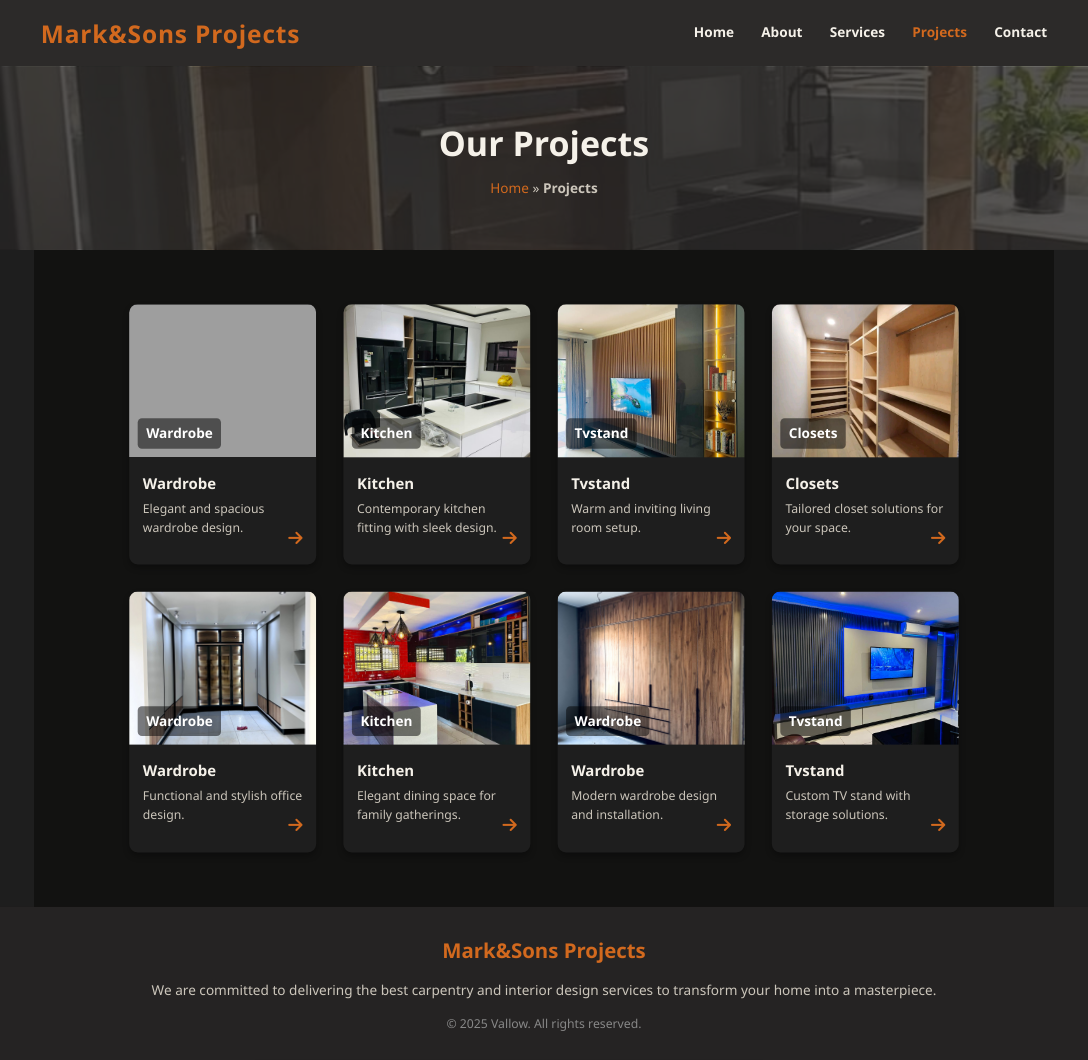
Repository: VallowEvido/Mark-SonsProjects
Page: projects.html
The author's editor kept a copy of each file at every save. The page is drawn from the files as they stood at one save, then again after a run of saves.
The browser window is 1280 px wide. The pictures show the whole page, at 85% of full size.
Pictures or frames that could not be fetched are drawn as grey boxes.

Above is the page before, as saved 2025-07-19 17:50:44.

### projects.html
<!DOCTYPE html>
<html lang="en">
<head>
  <meta charset="UTF-8" />
  <meta name="viewport" content="width=device-width, initial-scale=1" />
  <title>Our Projects - Carpentry</title>
  <link rel="stylesheet" href="styles.css" />
  <link rel="stylesheet" href="https://cdnjs.cloudflare.com/ajax/libs/font-awesome/6.4.0/css/all.min.css" />
  <style>
    /* Lightbox styles */
    #lightboxOverlay {
      position: fixed;
      top: 0;
      left: 0;
      width: 100vw;
      height: 100vh;
      background-color: rgba(0,0,0,0.8);
      display: none;
      justify-content: center;
      align-items: center;
      z-index: 10000;
    }
    #lightboxOverlay img {
      max-width: 90%;
      max-height: 90%;
      border-radius: 10px;
      box-shadow: 0 0 20px #d2691e;
    }
    #lightboxOverlay .close-btn {
      position: absolute;
      top: 20px;
      right: 30px;
      font-size: 2rem;
      color: #fff;
      cursor: pointer;
      user-select: none;
    }
  </style>
</head>
<body>
  <nav>
    <div class="logo">Mark&Sons Projects</div>
    <ul>
      <li><a href="home.html">Home</a></li>
      <li><a href="about.html">About</a></li>
      <li><a href="services.html">Services</a></li>
      <li><a href="projects.html" class="active">Projects</a></li>
      <li><a href="contact.html">Contact</a></li>
    </ul>
  </nav>

  <section class="projects-hero">
    <div class="projects-hero-content">
      <h1>Our Projects</h1>
      <p><a href="home.html">Home</a> &raquo; <strong>Projects</strong></p>
    </div>
  </section>

  <section class="projects-main">
    <div class="projects-grid">
      <div class="project-card">
        <div class="project-image-container" style="position: relative;">
          <img src="images/wardrobe/ward.jpg" alt="Wardrobe" class="lightbox-trigger" />
          <div class="project-image-text" style="position: absolute; bottom: 10px; left: 10px; color: white; background-color: rgba(0,0,0,0.5); padding: 5px 10px; border-radius: 5px; font-weight: 700;">Wardrobe</div>
        </div>
        <div class="project-info">
          <h3>Wardrobe</h3>
          <p>Elegant and spacious wardrobe design.</p>
          <a href="#" class="project-link"><i class="fas fa-arrow-right"></i></a>
        </div>
      </div>
      <div class="project-card">
        <div class="project-image-container" style="position: relative;">
          <img src="images/kitchen/IMG-20241116-WA0012.jpg" alt="Kitchen" class="lightbox-trigger" />
          <div class="project-image-text" style="position: absolute; bottom: 10px; left: 10px; color: white; background-color: rgba(0,0,0,0.5); padding: 5px 10px; border-radius: 5px; font-weight: 700;">Kitchen</div>
        </div>
        <div class="project-info">
          <h3>Kitchen</h3>
          <p>Contemporary kitchen fitting with sleek design.</p>
          <a href="#" class="project-link"><i class="fas fa-arrow-right"></i></a>
        </div>
      </div>
      <div class="project-card">
        <div class="project-image-container" style="position: relative;">
          <img src="images/tvstand/IMG-20240621-WA0041.jpg" alt="Tvstand" class="lightbox-trigger" />
          <div class="project-image-text" style="position: absolute; bottom: 10px; left: 10px; color: white; background-color: rgba(0,0,0,0.5); padding: 5px 10px; border-radius: 5px; font-weight: 700;">Tvstand</div>
        </div>
        <div class="project-info">
          <h3>Tvstand</h3>
          <p>Warm and inviting living room setup.</p>
          <a href="#" class="project-link"><i class="fas fa-arrow-right"></i></a>
        </div>
      </div>
      <div class="project-card">
        <div class="project-image-container" style="position: relative;">
          <img src="images/closets/closet.jpg" alt="Closets" class="lightbox-trigger" />
          <div class="project-image-text" style="position: absolute; bottom: 10px; left: 10px; color: white; background-color: rgba(0,0,0,0.5); padding: 5px 10px; border-radius: 5px; font-weight: 700;">Closets</div>
        </div>
        <div class="project-info">
          <h3>Closets</h3>
          <p>Tailored closet solutions for your space.</p>
          <a href="#" class="project-link"><i class="fas fa-arrow-right"></i></a>
        </div>
      </div>
      <div class="project-card">
        <div class="project-image-container" style="position: relative;">
          <img src="images/wardrobe/wed2.jpg" alt="Wardrobe" class="lightbox-trigger" />
          <div class="project-image-text" style="position: absolute; bottom: 10px; left: 10px; color: white; background-color: rgba(0,0,0,0.5); padding: 5px 10px; border-radius: 5px; font-weight: 700;">Wardrobe</div>
        </div>
        <div class="project-info">
          <h3>Wardrobe</h3>
          <p>Functional and stylish office design.</p>
          <a href="#" class="project-link"><i class="fas fa-arrow-right"></i></a>
        </div>
      </div>
      <div class="project-card">
        <div class="project-image-container" style="position: relative;">
          <img src="images/kitchen/IMG-20241116-WA0015.jpg" alt="Kitchen" class="lightbox-trigger" />
          <div class="project-image-text" style="position: absolute; bottom: 10px; left: 10px; color: white; background-color: rgba(0,0,0,0.5); padding: 5px 10px; border-radius: 5px; font-weight: 700;">Kitchen</div>
        </div>
        <div class="project-info">
          <h3>Kitchen</h3>
          <p>Elegant dining space for family gatherings.</p>
          <a href="#" class="project-link"><i class="fas fa-arrow-right"></i></a>
        </div>
      </div>
      <div class="project-card">
        <div class="project-image-container" style="position: relative;">
          <img src="images/wardrobe/IMG-20250706-WA0008.jpg" alt="Wardrobe" class="lightbox-trigger" />
          <div class="project-image-text" style="position: absolute; bottom: 10px; left: 10px; color: white; background-color: rgba(0,0,0,0.5); padding: 5px 10px; border-radius: 5px; font-weight: 700;">Wardrobe</div>
        </div>
        <div class="project-info">
          <h3>Wardrobe</h3>
          <p>Modern wardrobe design and installation.</p>
          <a href="#" class="project-link"><i class="fas fa-arrow-right"></i></a>
        </div>
      </div>
      <div class="project-card">
        <div class="project-image-container" style="position: relative;">
          <img src="images/tvstand/IMG-20250712-WA0015.jpg" alt="Tvstand" class="lightbox-trigger" />
          <div class="project-image-text" style="position: absolute; bottom: 10px; left: 10px; color: white; background-color: rgba(0,0,0,0.5); padding: 5px 10px; border-radius: 5px; font-weight: 700;">Tvstand</div>
        </div>
        <div class="project-info">
          <h3>Tvstand</h3>
          <p>Custom TV stand with storage solutions.</p>
          <a href="#" class="project-link"><i class="fas fa-arrow-right"></i></a>
        </div>
      </div>
    </div>
  </section>

  <footer class="site-footer">
    <div id="lightboxOverlay">
      <span class="close-btn" id="lightboxClose">&times;</span>
      <img id="lightboxImage" src="" alt="Expanded project image" />
    </div>
    <div class="footer-container">
      <div class="footer-left">
        <h3>Mark&Sons Projects</h3>
        <p>We are committed to delivering the best carpentry and interior design services to transform your home into a masterpiece.</p>
        <p class="rights">© 2025 Vallow. All rights reserved.</p>
      </div>

Loaded but not shown: styles.css (1719 lines, source omitted)

After the next 4 saves:
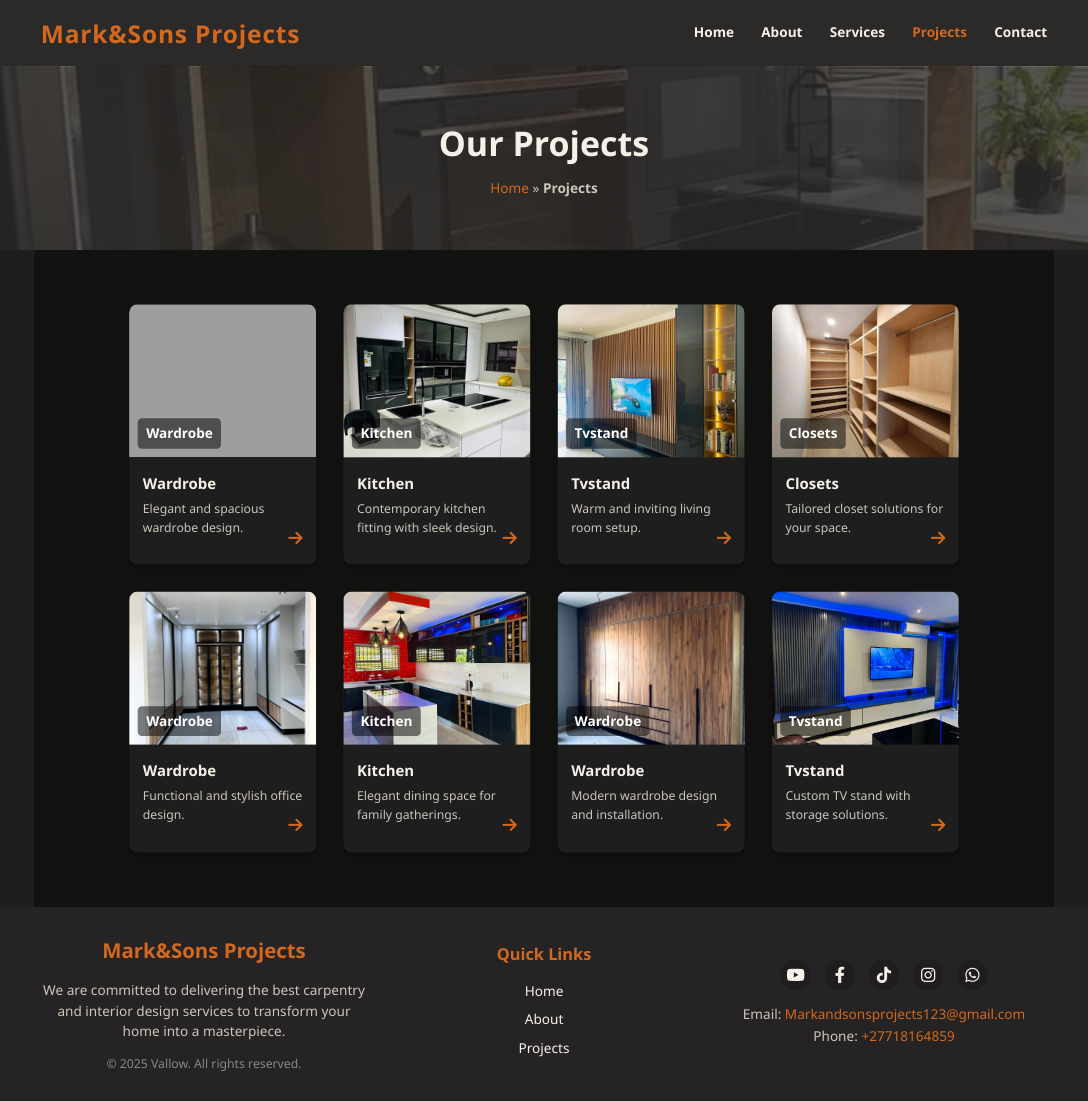
The 4 saves are shown as one change because they came seconds apart.
The last was saved 10 s later.
--- a/projects.html
+++ b/projects.html
@@ -160,3 +160,56 @@
         <p>We are committed to delivering the best carpentry and interior design services to transform your home into a masterpiece.</p>
         <p class="rights">© 2025 Vallow. All rights reserved.</p>
       </div>
+      <div class="footer-center">
+        <h4>Quick Links</h4>
+        <ul class="footer-links">
+          <li><a href="home.html">Home</a></li>
+          <li><a href="about.html">About</a></li>
+          <li><a href="projects.html">Projects</a></li>
+        </ul>
+      </div>
+      <div class="footer-right">
+        <div class="social-icons">
+          <a href="https://www.youtube.com/channel/UC0Jy5UPg4950wgbBKARIvhw" aria-label="YouTube" class="youtube"><i class="fab fa-youtube"></i></a>
+          <a href="#" aria-label="Facebook" class="facebook"><i class="fab fa-facebook-f"></i></a>
+          <a href="#" aria-label="TikTok" class="tiktok"><i class="fab fa-tiktok"></i></a>
+          <a href="#" aria-label="Instagram" class="instagram"><i class="fab fa-instagram"></i></a>
+          <a href="https://wa.me/27718164859" aria-label="WhatsApp" class="whatsapp"><i class="fab fa-whatsapp"></i></a>
+        </div>
+        <div class="contact-details">
+          <p>Email: <a href="mailto:Markandsonsprojects123@gmail.com">Markandsonsprojects123@gmail.com</a></p>
+          <p>Phone: <a href="tel:+27718164859">+27718164859</a></p>
+        </div>
+      </div>
+    </div>
+  </footer>
+
+  <script>
+    (function() {
+      const lightboxOverlay = document.getElementById('lightboxOverlay');
+      const lightboxImage = document.getElementById('lightboxImage');
+      const lightboxClose = document.getElementById('lightboxClose');
+      const triggers = document.querySelectorAll('.lightbox-trigger');
+
+      triggers.forEach(trigger => {
+        trigger.addEventListener('click', function() {
+          lightboxImage.src = this.src;
+          lightboxOverlay.style.display = 'flex';
+        });
+      });
+
+      lightboxClose.addEventListener('click', function() {
+        lightboxOverlay.style.display = 'none';
+        lightboxImage.src = '';
+      });
+
+      lightboxOverlay.addEventListener('click', function(e) {
+        if (e.target === lightboxOverlay) {
+          lightboxOverlay.style.display = 'none';
+          lightboxImage.src = '';
+        }
+      });
+    })();
+  </script>
+</body>
+</html>
